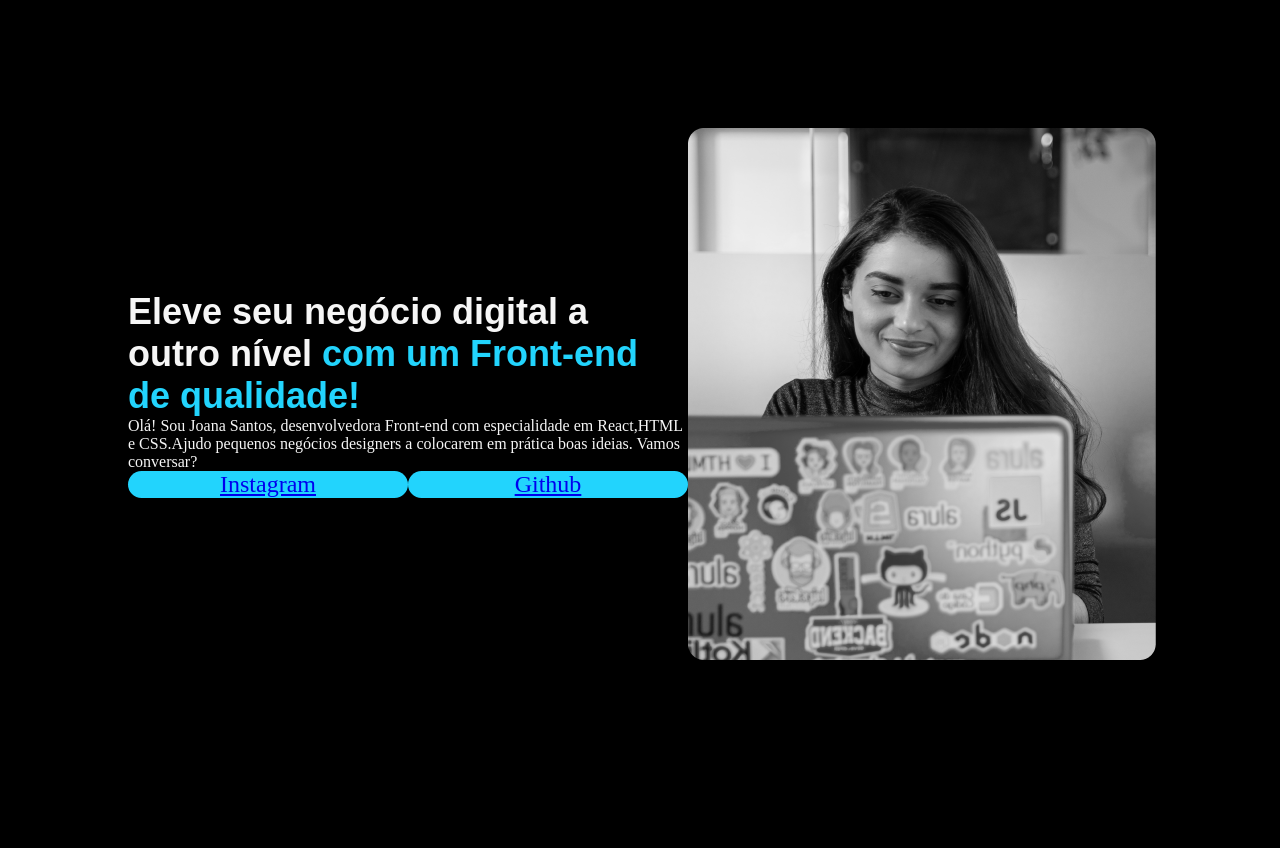
Repository: YoungAkira/CursoHtmlCss
Page: index.html
An editor plug-in stored every save of this project. The page is shown before and after the next save, followed by the edit.
The browser window is 1280 px wide. The pictures show the whole page.
Some web fonts or font styles are not loaded; a fallback is used.

Above is the page before, as saved 2023-05-13 12:23:19.

After the next save:
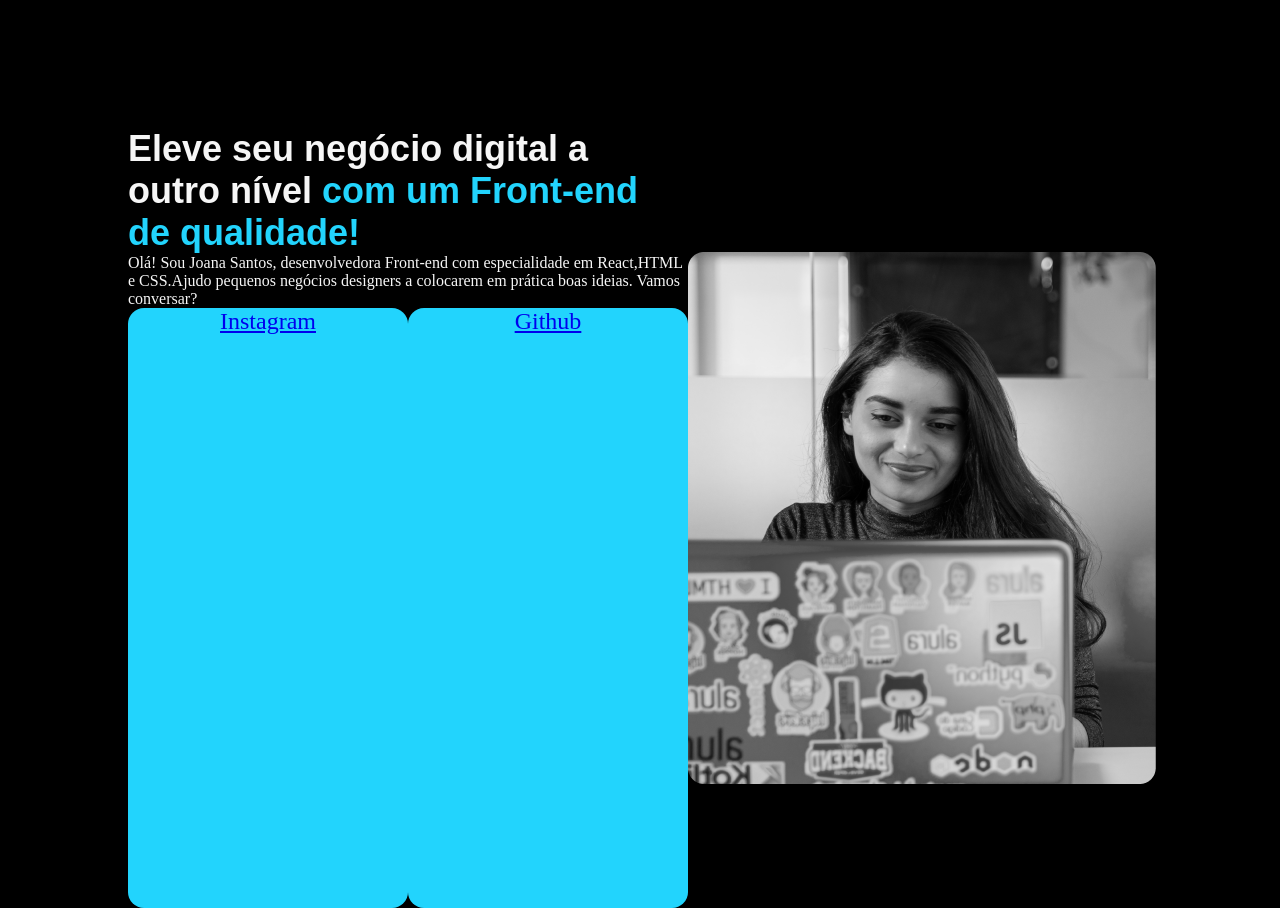
Saved 31 s later.
--- a/style.css
+++ b/style.css
@@ -54,6 +54,7 @@
 .apresentacao-links-link{
     background-color: #22D4FD;
     width: 280px;
+    height: 600px;
     text-align: center;
     border-radius: 16px;
     font-size: 24px;

After the save that followed:
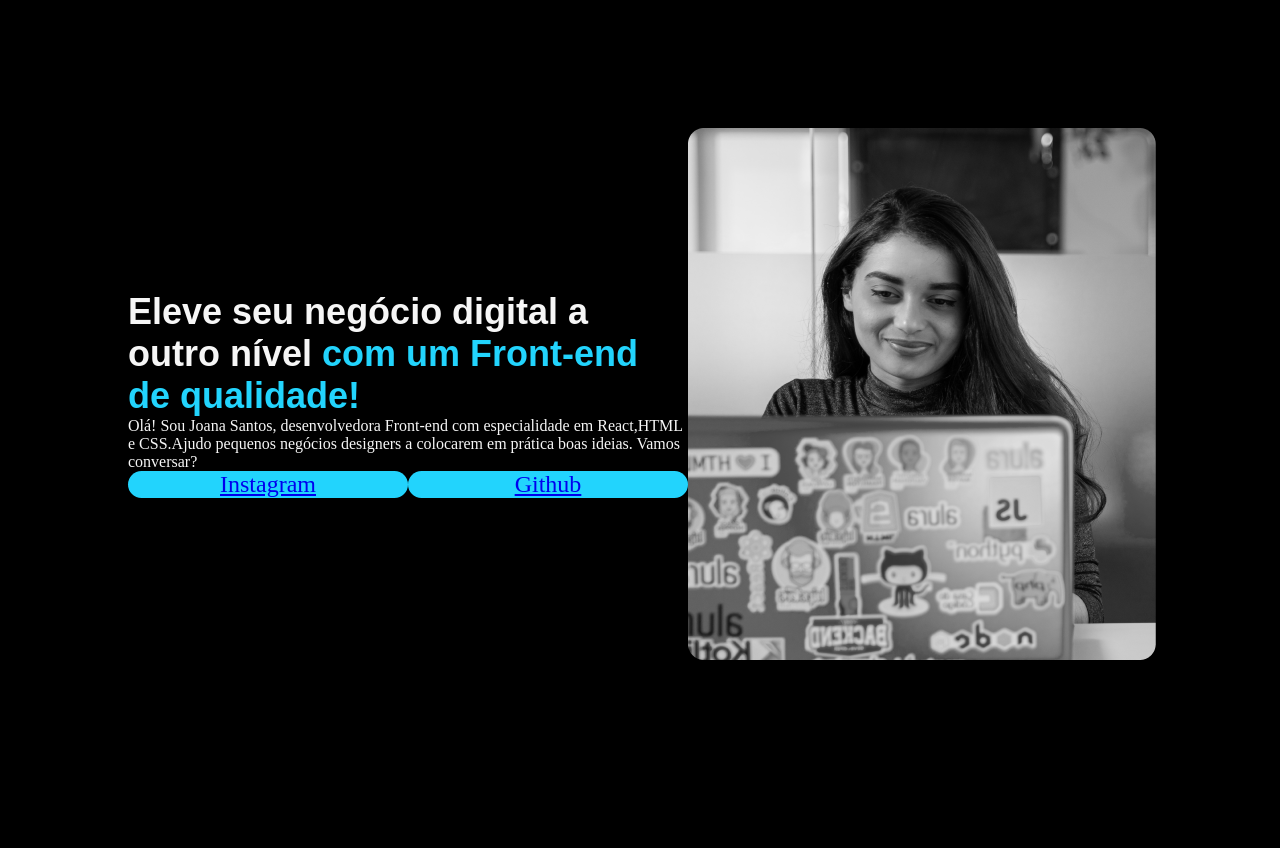
Saved 8 s later.
--- a/style.css
+++ b/style.css
@@ -54,7 +54,6 @@
 .apresentacao-links-link{
     background-color: #22D4FD;
     width: 280px;
-    height: 600px;
     text-align: center;
     border-radius: 16px;
     font-size: 24px;
